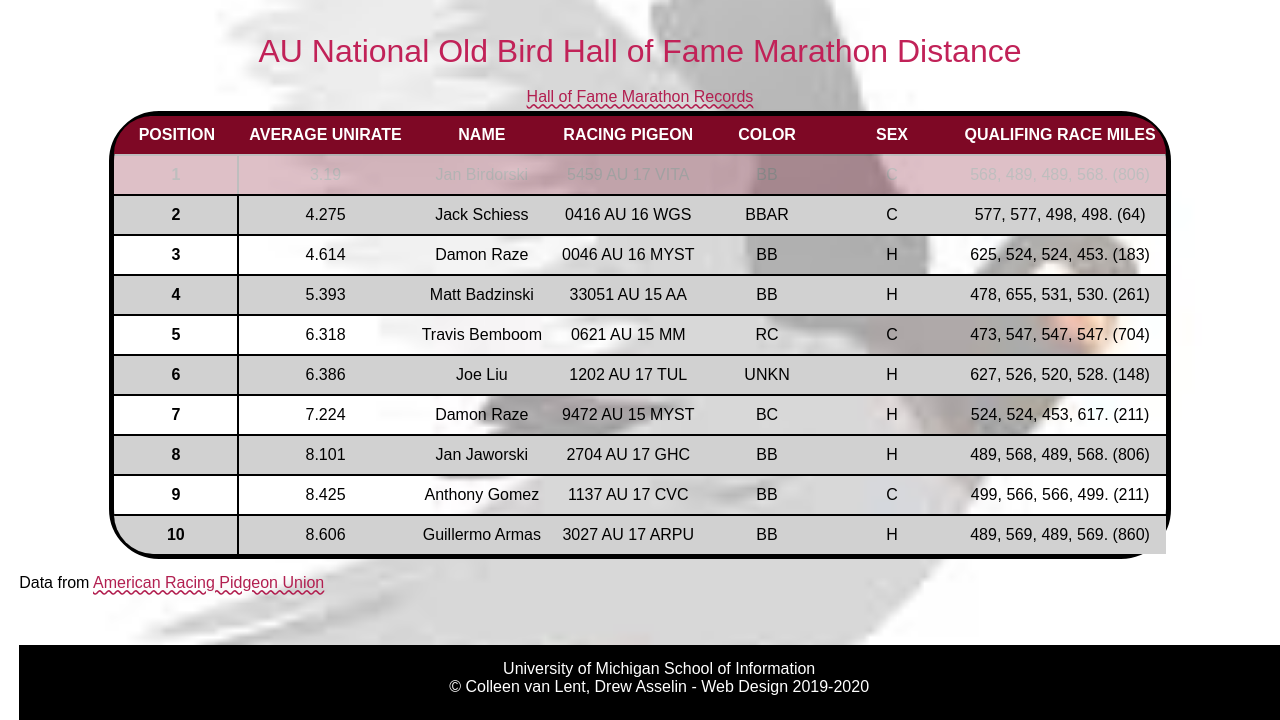
Repository: jiaqili0803/SI_539
Page: hw4-2021-main/hw4-2021-main/index.html
The author's editor kept a copy of each file at every save. The page is drawn from the files as they stood at one save, then again after the next save.
The browser window is 1280 px wide. The pictures show the whole page.
The pointer rests on the first visible `tbody tr`.
Some web fonts or font styles are not loaded; a fallback is used.

Above is the page before, as saved 2021-10-02 19:09:43.

After the next save:
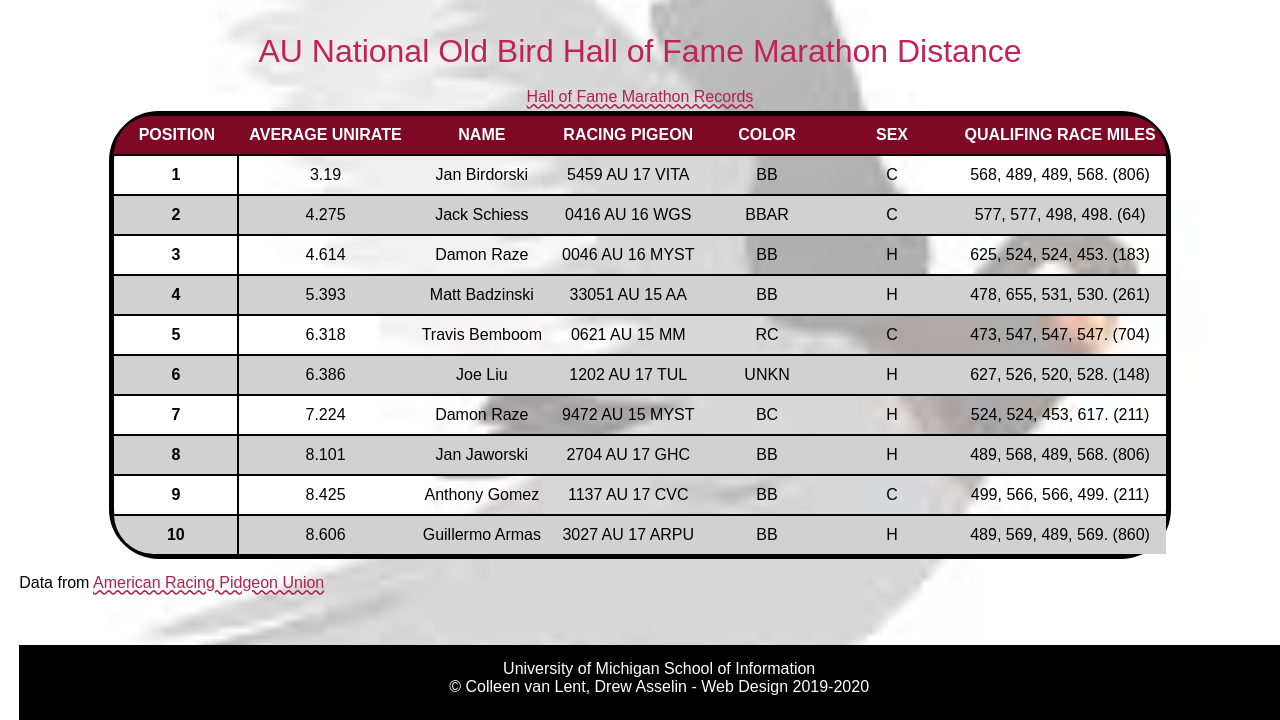
Saved 72 s later.
--- a/hw4-2021-main/hw4-2021-main/css/style.css
+++ b/hw4-2021-main/hw4-2021-main/css/style.css
@@ -133,7 +133,7 @@ tbody tr:nth-child(2n) {
   background-color:#D1D1D1;
 }
 
-tbody tr:hover {
+tbody tr th:hover {
   color: black;
   background-color: #7e0825;
   Opacity: 25%;
